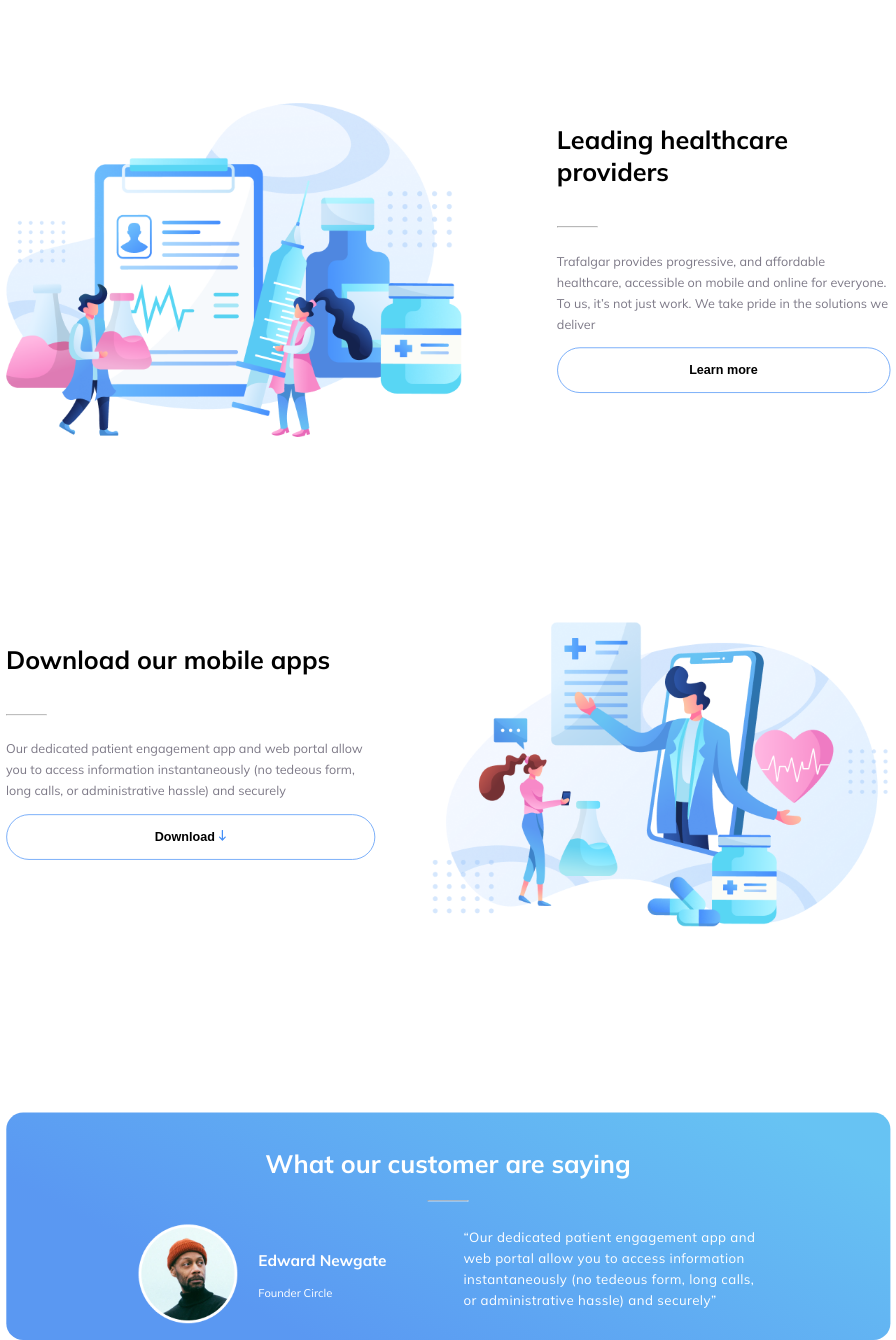
Repository: ivan-developer-01/trafalgar-layout
Page: index.html
These files come from the project's save history. The page is drawn as it stood at one moment and after the next save; the edit follows.
The browser window is 1280 px wide. The pictures show the part of the page from y = 2056 to 3976 px (the page is 3970 px tall before and 3976 px after), at 70% of full size.

Above is the page before, as saved 2024-11-08 16:10:21.

After the next save:
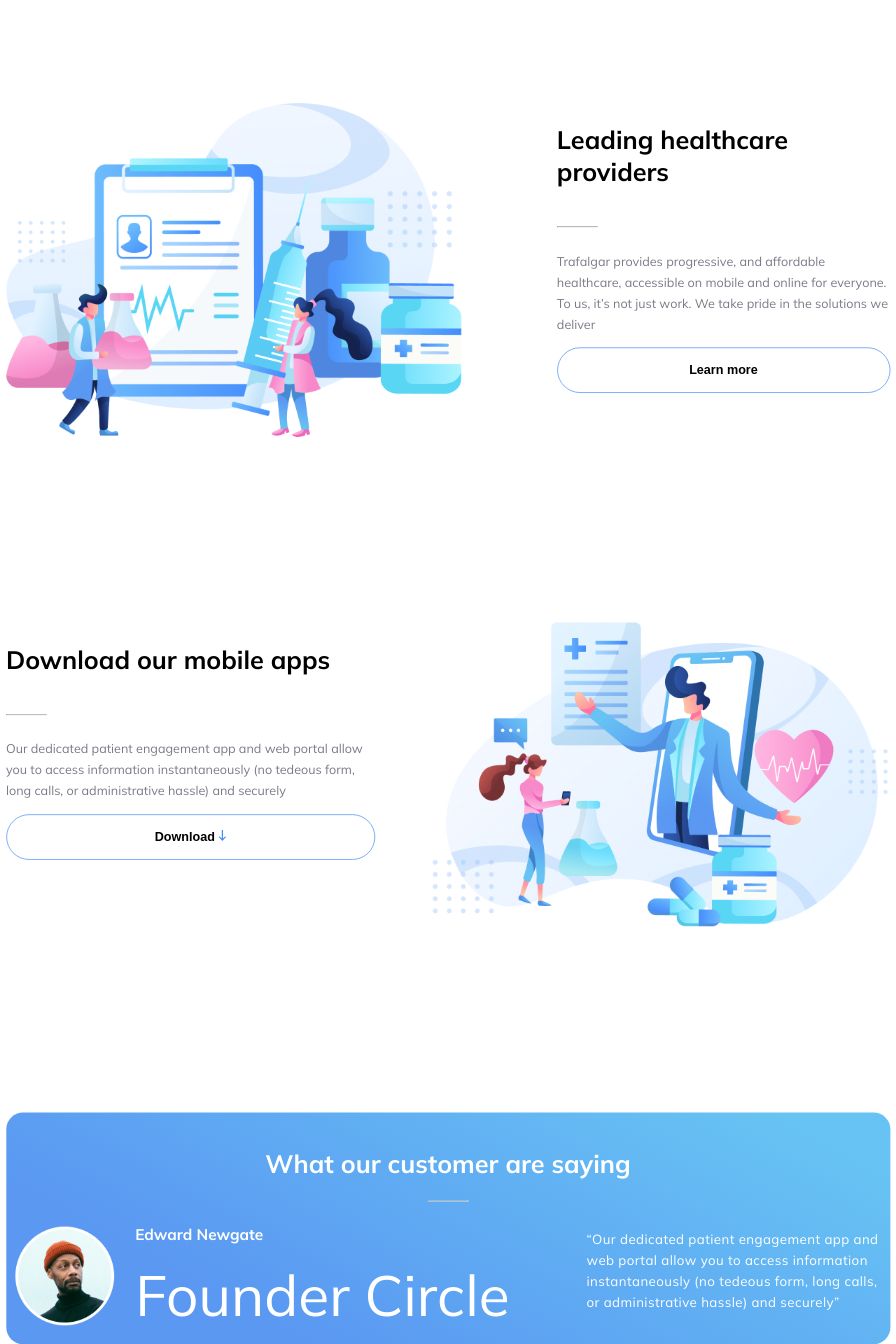
Saved 46 s later.
--- a/style.css
+++ b/style.css
@@ -269,6 +269,10 @@
 	margin-top: 0;
 }
 
+.review-slider .review .review-user .user-credentials span {
+	font-size: 81px;
+}
+
 .review-slider .review .review-text {
 	text-align: left;
 	max-width: 420px;

After the save that followed:
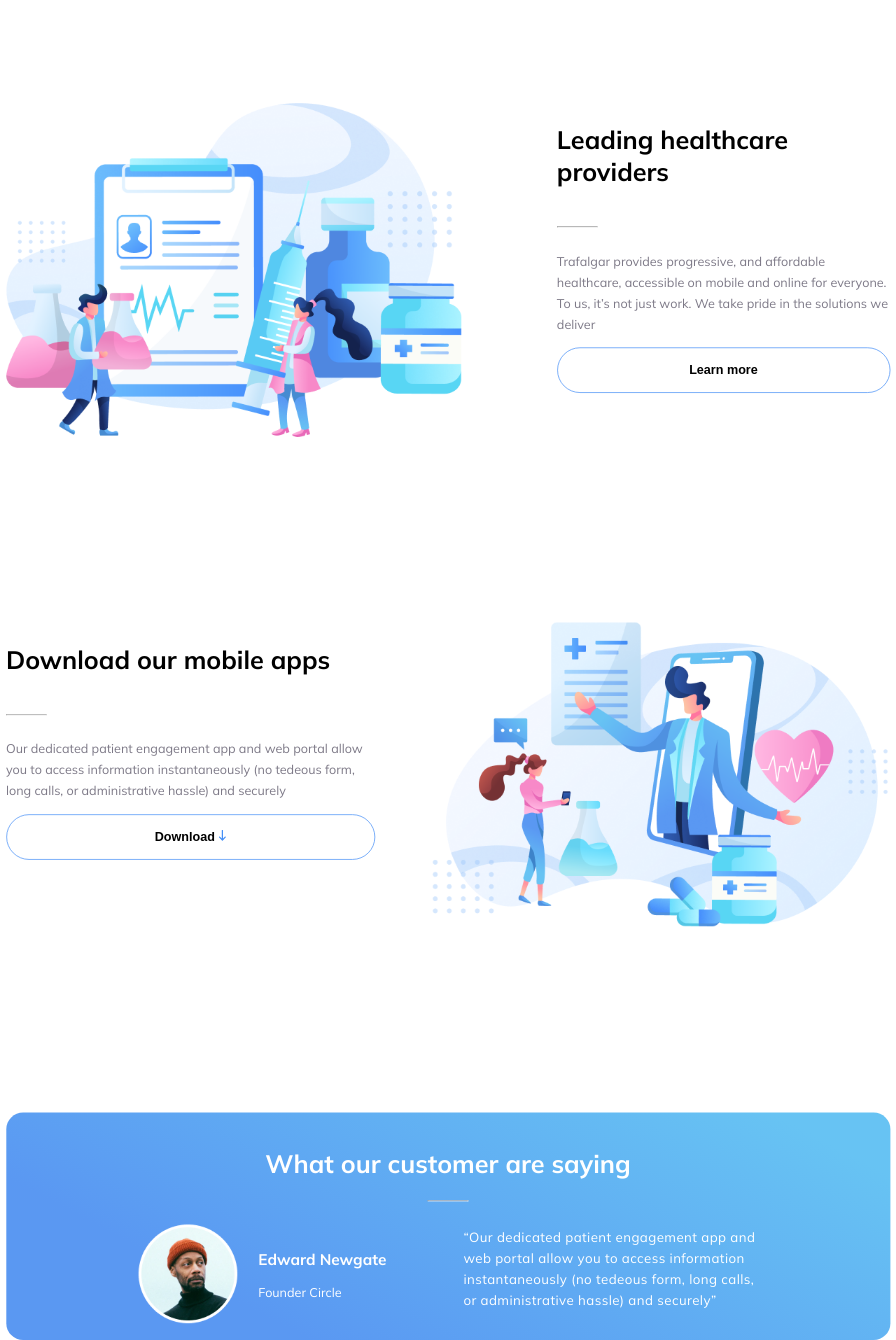
Saved 6 s later.
--- a/style.css
+++ b/style.css
@@ -270,7 +270,7 @@
 }
 
 .review-slider .review .review-user .user-credentials span {
-	font-size: 81px;
+	font-size: 18px;
 }
 
 .review-slider .review .review-text {
